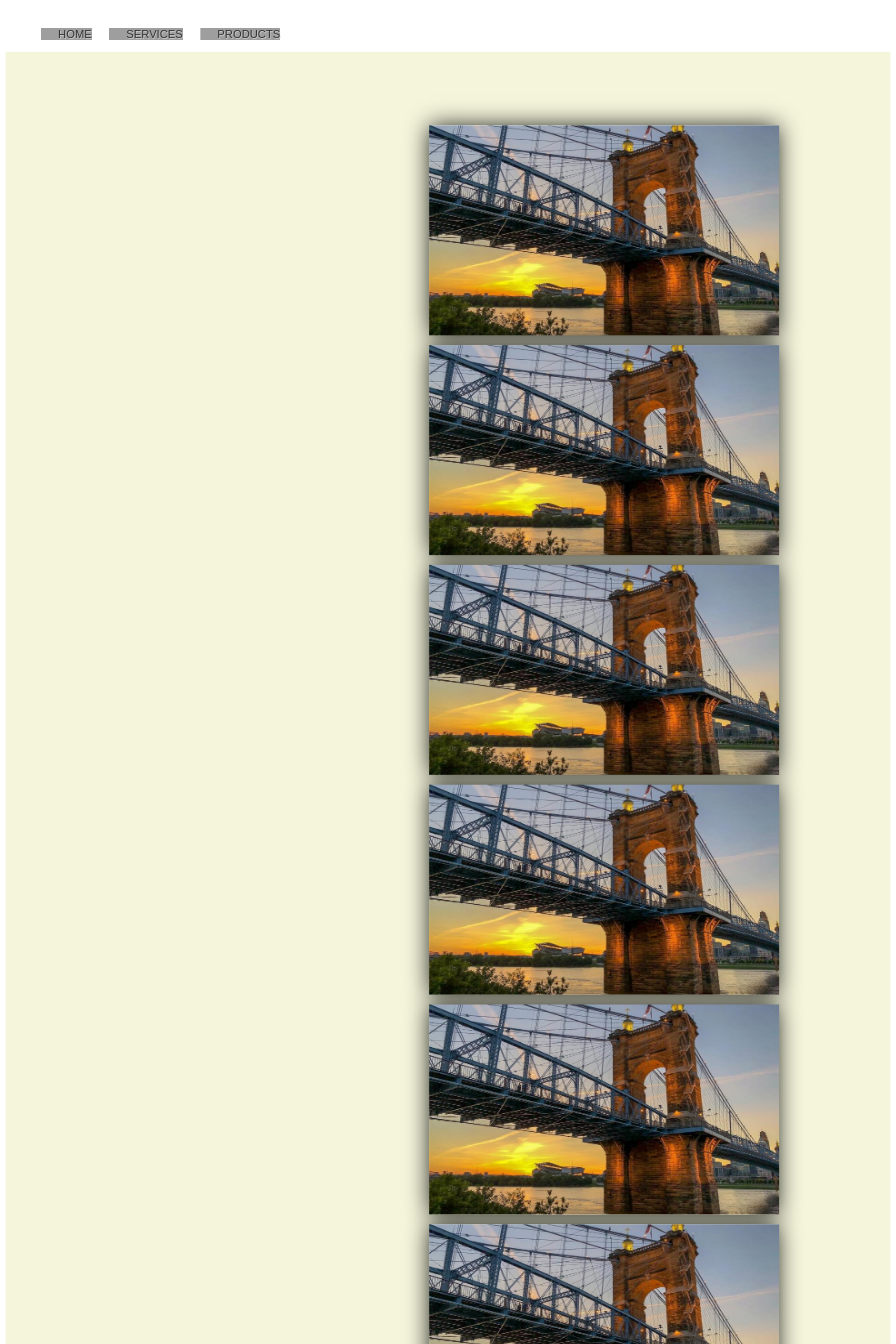
Repository: LtGriff/capstoneprogress
Page: index.html
An editor plug-in stored every save of this project. The page is shown before and after the next save, followed by the edit.
The browser window is 1280 px wide. The pictures show the part of the page from y = 0 to 1920 px (the page is 4718 px tall before and 4670 px after), at 70% of full size.
Pictures or frames that could not be fetched are drawn as grey boxes.

Above is the page before, as saved 2022-06-06 01:09:37.

After the next save:
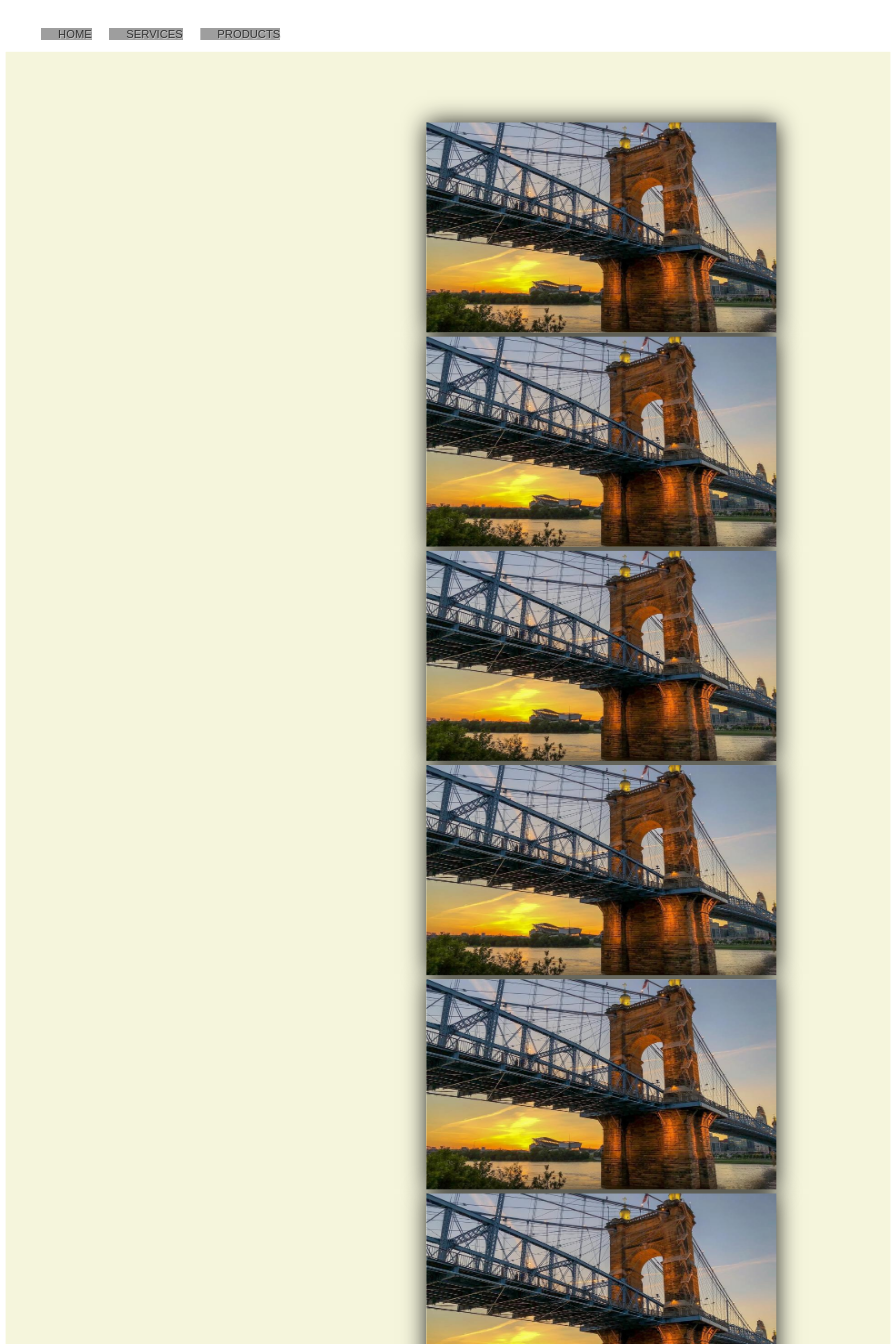
Saved 18 s later.
--- a/style.css
+++ b/style.css
@@ -32,7 +32,7 @@ body { font-family: sans-serif; }
 }
 
 .gallery .picture{
-  margin: 5px;
+  margin: 1px;
 }
 
 .gallery .picture img{
